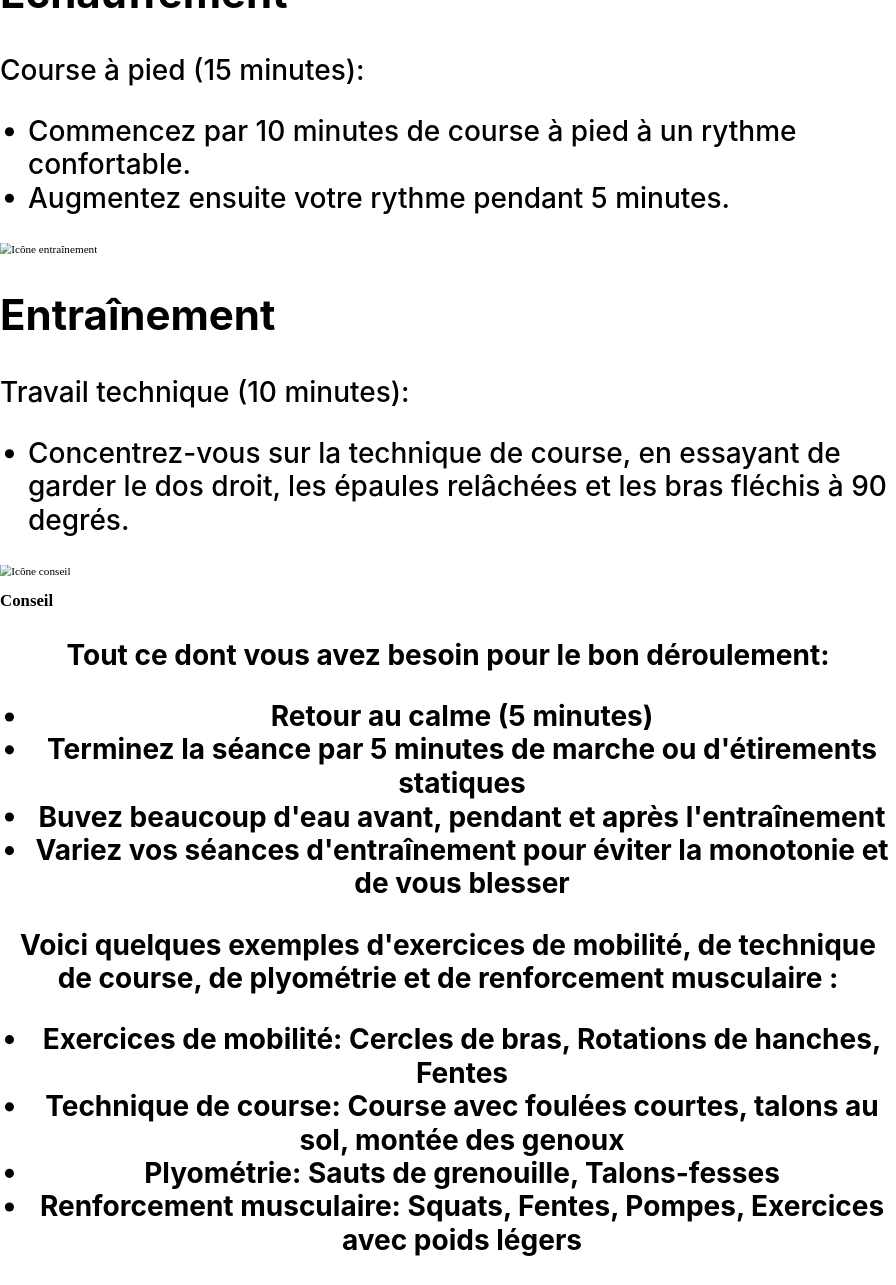
Repository: AdilGHAZAL/MosaiqueWebdoc
Page: /
An editor plug-in stored every save of this project. The page is shown before and after the next save, followed by the edit.
The browser window is 1280 px wide. The pictures show the part of the page from y = 1184 to 3104 px (the page is 3020 px tall before and 3104 px after), at 70% of full size.
Some web fonts or font styles are not loaded; a fallback is used. The project was rebuilt for these pictures with package versions that can differ from the ones it lists, and the page was loaded fresh each time. Also part of the build but not shown: vite.config.js, src/App.css, src/components/Navbar.css, src/components/Navbar.jsx, src/components/Athletes.css, src/components/Athletes.jsx, src/components/Athletes2.jsx, src/components/Athletes3.jsx and 18 more.

Above is the page before, as saved 2024-05-02 17:24:35.

### index.html
<!doctype html>
<html lang="en">
  <head>
    <meta charset="UTF-8" />
    <link rel="icon" type="image/svg+xml" href="./src/logos/logoMosaique.svg" />
    <meta name="viewport" content="width=device-width, initial-scale=1.0" />
    <title>Mosaique</title>
    <link rel="preconnect" href="https://fonts.googleapis.com">
<link rel="preconnect" href="https://fonts.gstatic.com" crossorigin>
<link href="https://fonts.googleapis.com/css2?family=Mina:wght@400;700&display=swap" rel="stylesheet">
  </head>
  <body>
    <div id="root"></div>
    <script type="module" src="/src/main.jsx"></script>
  </body>
</html>

### src/App.jsx
// App.jsx
import React from 'react';
import { BrowserRouter as Router, Routes, Route} from 'react-router-dom';
import './App.css'; // Import the CSS file
import HomePage from './components/HomePage';
import Athlete1 from './Athelete1/Athlete1'; // Import the NouvellePage component
import LoginScreen from './LoginScreen';
import MainView from './backoffice';
import TrainingPage from './TrainingPage';
const App = () => {
    return (
        <Router>

                <Routes>
                    <Route path="/" element={<TrainingPage/>} />
                    <Route path="/Athlete1" element={<Athlete1/>} />
                    <Route path="/login" element={<LoginScreen/>  }/>
                    <Route path='/backoffice'element={<MainView/>}/>
                </Routes>

        </Router>
    );
};

export default App;

### src/index.css
:root {
  --rose: #E9257F

}

### src/TrainingPage.jsx
import React from 'react';
import './TrainingPage.css';  // Assurez-vous que le chemin vers le fichier CSS est correct

const TrainingPage = () => {
  return (
    <div className="containerTraining">
      <section className="session-info">
        <h2>Tout pour bien commencer</h2>
      </section>

      <div className="sectionMaterial">
        <h1>Séance 45'</h1>
        <img src="" alt="Icône séance" />
        <h2>Matériel</h2>
        <p>Tout ce dont vous avez besoin pour commencer:</p>
        <ul>
          <li><span className="icon">&#128095;</span> Chaussures de course</li>
          <li><span className="icon">&#127939;</span> Piste d'athlétisme (facultatif)</li>
        </ul>
      </div>

      <div className="sectionWarmUp">
        <img src="" alt="Icône échauffement" />
        <h2>Échauffement</h2>
        <div>
          <p>Course à pied (15 minutes):</p>
          <ul>
            <li>Commencez par 10 minutes de course à pied à un rythme confortable.</li>
            <li>Augmentez ensuite votre rythme pendant 5 minutes.</li>
          </ul>
        </div>
      </div>

      <div className="sectionTraining">
        <img src="" alt="Icône entraînement" />
        <h2>Entraînement</h2>
        <div>
          <p>Travail technique (10 minutes):</p>
          <ul>
            <li>Concentrez-vous sur la technique de course, en essayant de garder le dos droit, les épaules relâchées et les bras fléchis à 90 degrés.</li>
          </ul>
        </div>
      </div>

      <div className="sectionAdvice">
        <img src="" alt="Icône conseil" />
        <h2>Conseil</h2>
        <div>
          <p>Tout ce dont vous avez besoin pour le bon déroulement:</p>
          <ul>
            <li>Retour au calme (5 minutes)</li>
            <li>Terminez la séance par 5 minutes de marche ou d'étirements statiques</li>
            <li>Buvez beaucoup d'eau avant, pendant et après l'entraînement</li>
            <li>Variez vos séances d'entraînement pour éviter la monotonie et de vous blesser</li>
          </ul>
          <p>Voici quelques exemples d'exercices de mobilité, de technique de course, de plyométrie et de renforcement musculaire :</p>
          <ul>
            <li>Exercices de mobilité: Cercles de bras, Rotations de hanches, Fentes</li>
            <li>Technique de course: Course avec foulées courtes, talons au sol, montée des genoux</li>
            <li>Plyométrie: Sauts de grenouille, Talons-fesses</li>
            <li>Renforcement musculaire: Squats, Fentes, Pompes, Exercices avec poids légers</li>
          </ul>
        </div>
      </div>
    </div>
  );
};

export default TrainingPage;

### src/components/HomePage.css
/* App.css */
body {
    margin: 0;
    background-color: #ffffff;
    color: #000000;
    display: flex;
    flex-direction: column;
    align-items: center;
    justify-content: center;
    min-height: 100vh;

  }

  .app-container {
      font-family: "SF Pro Display-Medium", Helvetica;
    width: 100vw;
    height: 100%;
    min-height: 100vh;
    /*  background-image: url('./assets/ub1.png');*/
    display: flex;
    flex-direction: column;
    margin: auto;
    background-color: #ffffff;
  }

  .main-title {
    font-family: 'SF Pro Display', sans-serif;
    font-size: 70px;
    font-weight: 500;
    line-height: 83.54px;
    text-align: center;
    margin-top: 100px;
  }

  .bold-text {
    font-weight: 700;
  }

  .content {
    padding: 20px;
    width: 100%;
    max-width: 1200px;
    margin: auto;

  }

  .UBimage {
    width: auto;
  }

  .bottom-text {
    font-size: 18px;
    text-align: center;
    margin-top: 30px;
  }
  .scroll-reveal > * {
    /* text-align: justify; */
    display: inline;
    color:hsl(0deg 22.14% 64.8% / 20%);
    font-size: 60px;
    font-weight: 500;
    background-clip: text;
    background-repeat: no-repeat;
    background-size: 0% 100%;
    background-image: linear-gradient( #E9257F, #ce1f71 );
    animation: scroll-reveal linear forwards;
    animation-timeline: view();
  }

  .scroll-text {

    text-align: justify;
  }
  @keyframes scroll-reveal {
    to {
      background-size: 100% 100%;
    }
  }
  .scroll-reveal p {
    /* font-family: SF Pro Display; */


  }

  .scrollPhotos {
    display: flex;
    justify-content: flex-start; /* Align photos to the maximum left */
    width: 100%;
    overflow-x: auto; /* Enable horizontal scrolling if photos exceed container width */
    padding: 20px 0; /* Optional padding */
  }

### src/TrainingPage.css
/* Styles pour "Tout pour bien commencer" */
.session-info h2 {
    font-family: 'SF Pro Display', sans-serif;
    font-size: 70px;
    font-weight: 500;
    line-height: 83.54px;
    text-align: center;
  }

  /* Styles pour "Séance 45'" */
  .sectionMaterial h1 {
    font-family: 'SF Pro Display', sans-serif;
    font-size: 200px;
    font-weight: 700;
    line-height: 238.67px;
    text-align: center;
  }

  /* Styles pour "Matériel" */
  .sectionMaterial h2 {
    font-family: 'SF Pro Display', sans-serif;
    font-size: 60px;
    font-weight: 700;
    line-height: 71.6px;
    text-align: justify; /* Notez que 'justify' n'est pas valide pour 'text-align', vous voudriez peut-être utiliser 'justified' dans une classe différente si c'est nécessaire */
  }

  /* Styles pour "Tout ce dont vous avez besoin pour commencer:" et la liste */
  .sectionMaterial p, .sectionMaterial ul {
    font-family: 'SF Pro Display', sans-serif;
    font-size: 40px;
    font-weight: 500;
    line-height: 47.73px;
    text-align: center;
  }

  /* Styles additionnels pour la liste pour garder les icônes alignées */
  .sectionMaterial ul {
    padding: 0;
    list-style-type: none; /* Enlève les puces de la liste */
  }

  .sectionMaterial li {
    margin-bottom: 10px; /* Espacement entre les éléments de la liste */
  }

  .sectionMaterial .icon {
    font-size: 40px; /* Assure que les icônes ont la même taille de police que le texte */
    margin-right: 10px; /* Espacement entre l'icône et le texte */
  }
  .sectionWarmUp h2 {
    font-family: 'SF Pro Display', sans-serif;
    font-size: 60px;
    font-weight: 700;
    line-height: 71.6px;
    text-align: justify; /* Note: 'justify' n'est pas typiquement utilisé pour les titres, envisagez 'left', 'center', ou 'right' */
  }
  .sectionWarmUp div p, .sectionWarmUp div ul {
    font-family: 'SF Pro Display', sans-serif;
    font-size: 40px;
    font-weight: 700; /* pour le texte plus gras */
    line-height: 47.73px;
    text-align: left;
  }

  .sectionWarmUp div p, .sectionWarmUp div ul li {
    font-family: 'SF Pro Display', sans-serif;
    font-size: 40px;
    font-weight: 500; /* pour le texte moins gras */
    line-height: 47.73px;
    text-align: left;
  }
  .sectionTraining h2 {
    font-family: 'SF Pro Display', sans-serif;
    font-size: 60px;
    font-weight: 700;
    line-height: 71.6px;
    text-align: justify; /* Note: 'justify' n'est pas typiquement utilisé pour les titres, envisagez 'left', 'center', ou 'right' */
  }
  .sectionTraining div p, .sectionTraining div ul {
    font-family: 'SF Pro Display', sans-serif;
    font-size: 40px;
    font-weight: 700; /* pour le texte plus gras */
    line-height: 47.73px;
    text-align: left;
  }

  .sectionTraining div p, .sectionTraining div ul li {
    font-family: 'SF Pro Display', sans-serif;
    font-size: 40px;
    font-weight: 500; /* pour le texte moins gras */
    line-height: 47.73px;
    text-align: left;
  }

  .sectionAdvice p {
    font-family: 'SF Pro Display';
    font-size: 40px;
    font-weight: 700;
    line-height: 47.73px;
    text-align: center;
  }

  .sectionAdvice ul {
    font-family: 'SF Pro Display';
    font-size: 40px;
    font-weight: 500;
    line-height: 47.73px;
    text-align: center;
  }

  .sectionAdvice li {
    font-family: 'SF Pro Display';
    font-size: 40px;
    font-weight: 700;
    line-height: 47.73px;
    text-align: center;
  }
  .sectionWarmUp h2 {
    font-family: 'SF Pro Display', sans-serif;
    font-size: 60px;
    font-weight: 700;
    line-height: 71.6px;
    text-align: justify; /* Note: 'justify' n'est pas typiquement utilisé pour les titres, envisagez 'left', 'center', ou 'right' */
  }

Loaded but not shown: src/main.jsx (common file)

After the next save:
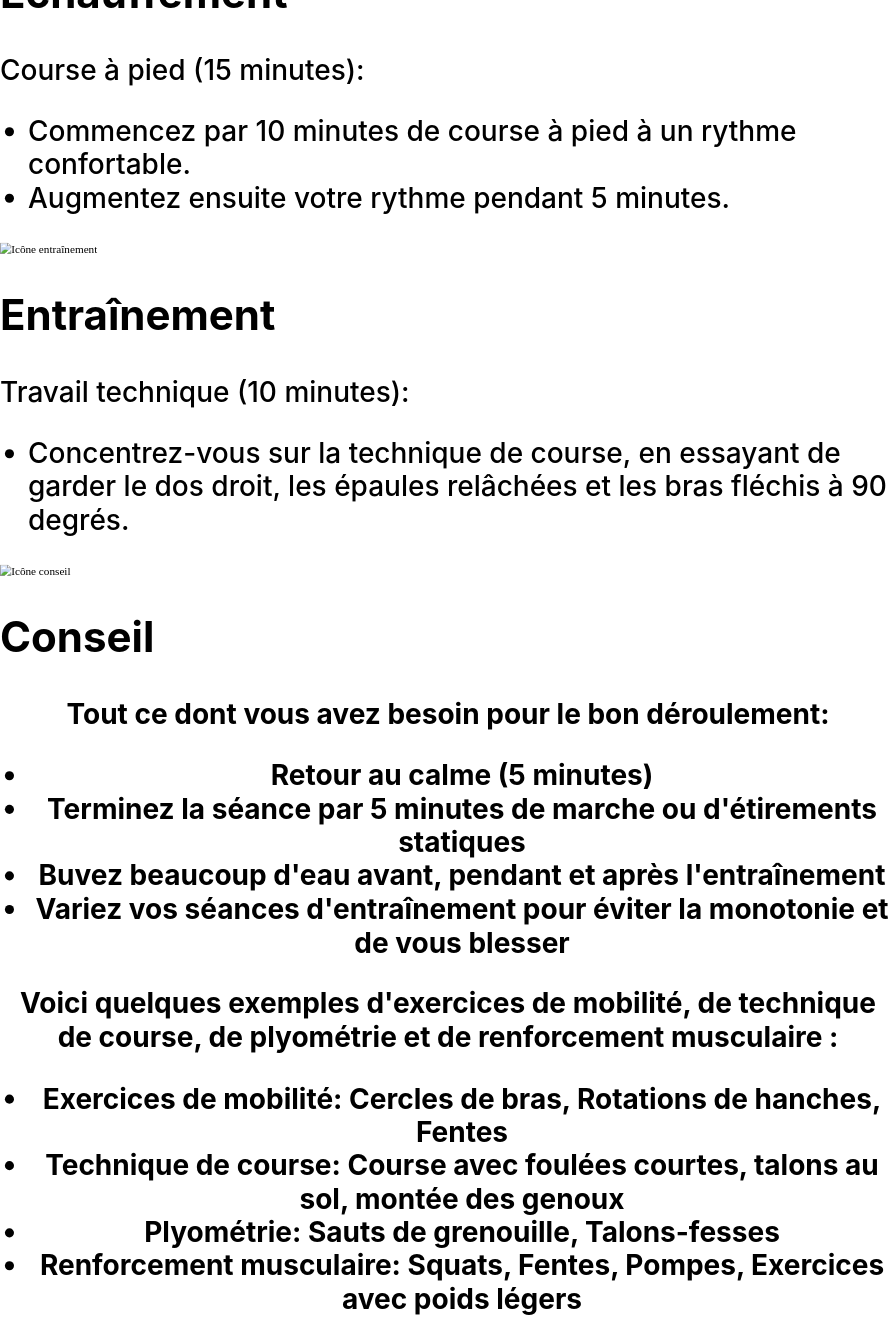
Saved 13 s later.
--- a/src/TrainingPage.css
+++ b/src/TrainingPage.css
@@ -116,7 +116,7 @@
     line-height: 47.73px;
     text-align: center;
   }
-  .sectionWarmUp h2 {
+  .sectionAdvice h2 {
     font-family: 'SF Pro Display', sans-serif;
     font-size: 60px;
     font-weight: 700;
